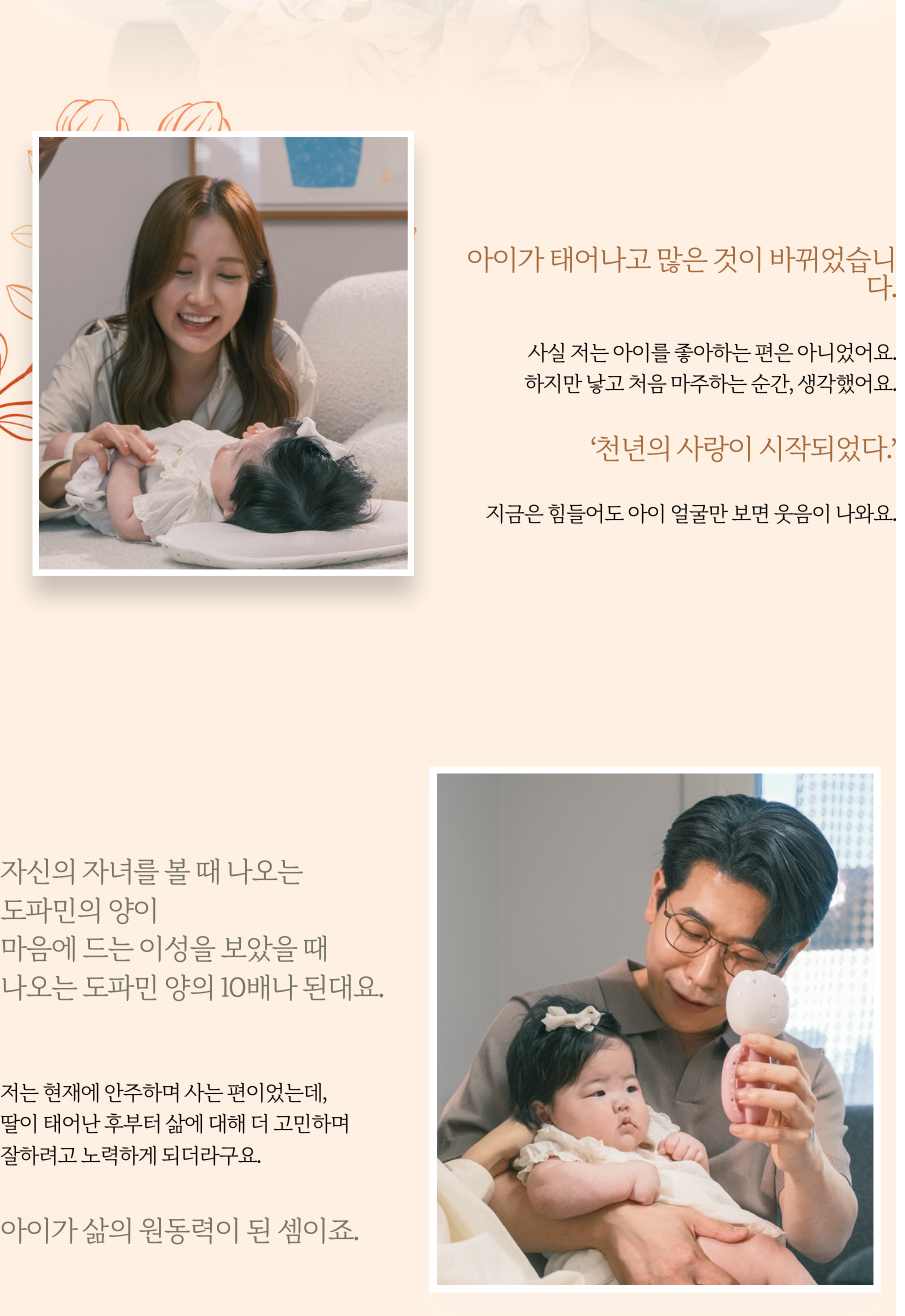
Repository: dlgywls1130/saveTheChildren
Page: index.html
An editor plug-in stored every save of this project. The page is shown before and after the next save, followed by the edit.
The browser window is 1280 px wide. The page is 1293 px wide, so the pictures cover 1293 px, including what lies to the right of the window. The pictures show the part of the page from y = 2976 to 4856 px (the page is 10799 px tall), at 70% of full size.
Some web fonts or font styles are not loaded; a fallback is used. The style sheet was rebuilt from its Sass, Less or Tailwind sources for each picture, by a compiler version that may differ from the author's.

Above is the page before, as saved 2024-11-01 22:50:58.

After the next save:
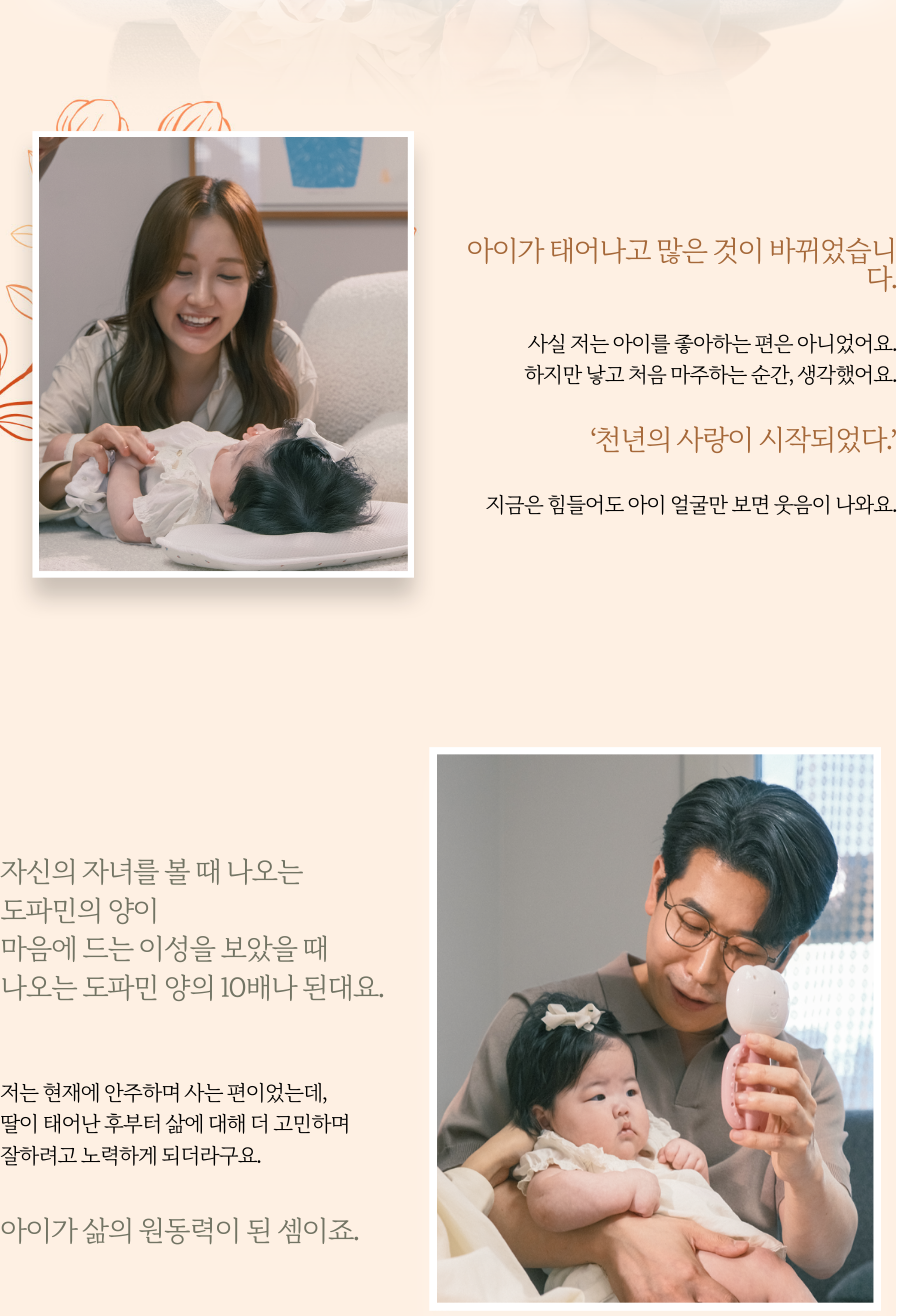
Saved 8 s later.
--- a/css/common.scss
+++ b/css/common.scss
@@ -457,7 +457,6 @@ $sides: (
         .story_02{
             .story_02_01{
                 display: flex;
-                align-items: center;
                 justify-content: space-between;
 
                 .story_image{
@@ -512,7 +511,6 @@ $sides: (
         .story_03{
             .story_03_01{
                 display: flex;
-                align-items: center;
                 justify-content: space-between;
 
                 .story_image{
@@ -557,7 +555,6 @@ $sides: (
         .story_04{
             .story04_01{
                 display: flex;
-                align-items: center;
                 justify-content: space-between;
 
                 .story_image{
